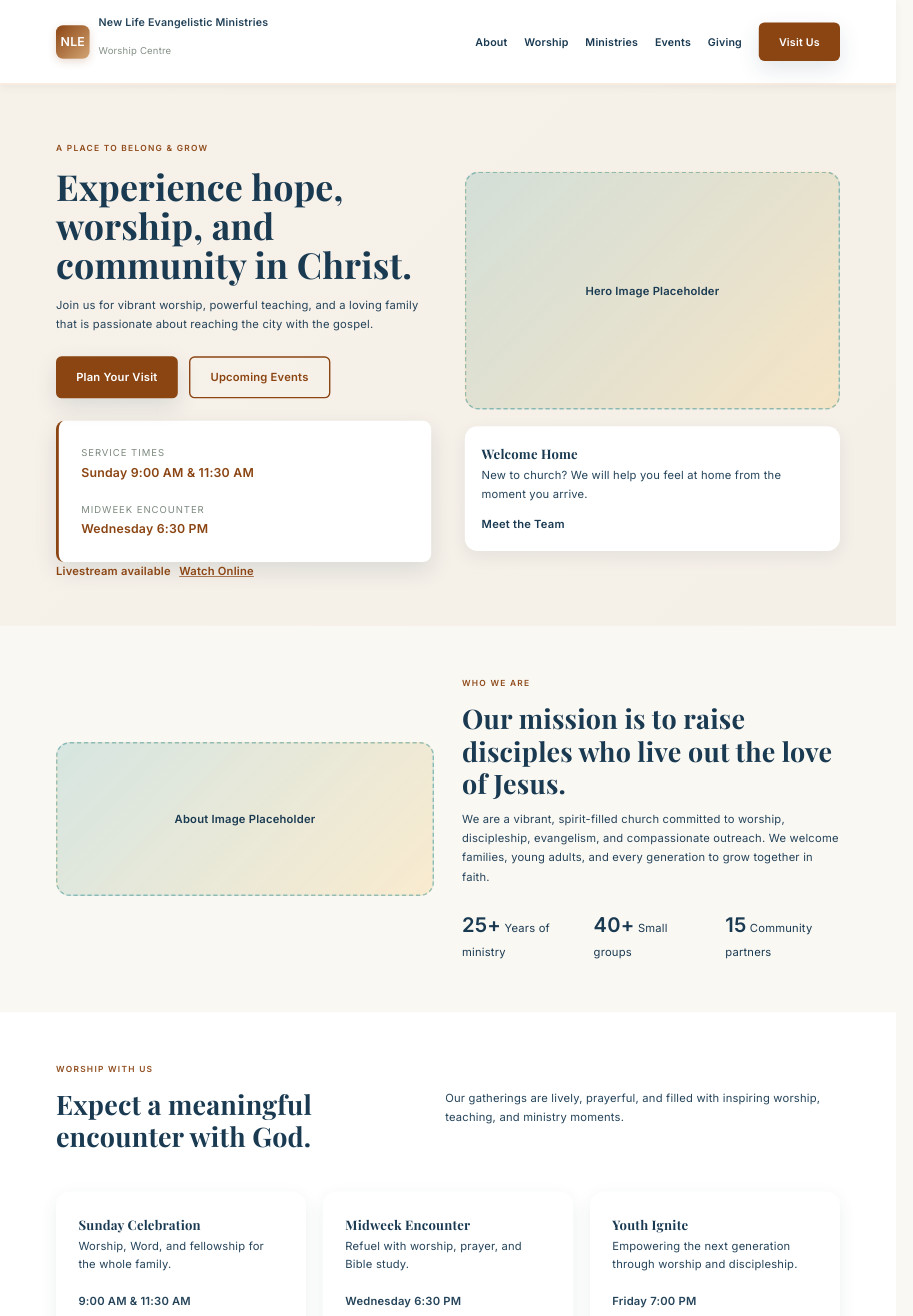
Repository: bilaal441/church
Page: index.htm
The author's editor kept a copy of each file at every save. The page is drawn from the files as they stood at one save, then again after the next save.
The browser window is 1280 px wide. The page is 1304 px wide, so the pictures cover 1304 px, including what lies to the right of the window. The pictures show the part of the page from y = 0 to 1880 px (the page is 5642 px tall), at 70% of full size.

Above is the page before, as saved 2026-01-19 22:10:03.

### index.htm
<!doctype html>
<html lang="en">
  <head>
    <meta charset="UTF-8" />
    <meta name="viewport" content="width=device-width, initial-scale=1.0" />
    <title>New Life Evangelistic Ministries Worship Centre</title>
    <meta
      name="description"
      content="A welcoming, Spirit-filled church family in Springfield. Join us for worship, discipleship, and community outreach."
    />
    <link rel="stylesheet" href="style.css" />
    <link rel="preconnect" href="https://fonts.googleapis.com" />
    <link rel="preconnect" href="https://fonts.gstatic.com" crossorigin />
    <link
      href="https://fonts.googleapis.com/css2?family=Playfair+Display:wght@400;600;700&family=Inter:wght@400;500;600&display=swap"
      rel="stylesheet"
    />
  </head>
  <body>
    <a class="skip-link" href="#main">Skip to main content</a>
    <header class="site-header">
      <div class="container header-content">
        <div class="logo">
          <span class="logo-mark">NLE</span>
          <div>
            <p class="logo-title">New Life Evangelistic Ministries</p>
            <p class="logo-subtitle">Worship Centre</p>
          </div>
        </div>
        <button
          class="nav-toggle"
          aria-expanded="false"
          aria-controls="site-nav"
        >
          <span></span>
          <span></span>
          <span></span>
        </button>
        <nav id="site-nav" class="site-nav">
          <a href="#about">About</a>
          <a href="#worship">Worship</a>
          <a href="#ministries">Ministries</a>
          <a href="#events">Events</a>
          <a href="#giving">Giving</a>
          <a href="#contact" class="button">Visit Us</a>
        </nav>
      </div>
    </header>

    <main id="main">
      <section class="hero">
        <div class="container hero-grid">
          <div class="hero-text">
            <p class="eyebrow">A Place to Belong &amp; Grow</p>
            <h1>Experience hope, worship, and community in Christ.</h1>
            <p>
              Join us for vibrant worship, powerful teaching, and a loving
              family that is passionate about reaching the city with the gospel.
            </p>
            <div class="hero-actions">
              <a class="button" href="#worship">Plan Your Visit</a>
              <a class="button button-outline" href="#events"
                >Upcoming Events</a
              >
            </div>
            <div class="hero-details">
              <div>
                <span>Service Times</span>
                <strong>Sunday 9:00 AM &amp; 11:30 AM</strong>
              </div>
              <div>
                <span>Midweek Encounter</span>
                <strong>Wednesday 6:30 PM</strong>
              </div>
            </div>
            <div class="hero-note">
              <span>Livestream available</span>
              <a href="#contact">Watch Online</a>
            </div>
          </div>
          <div class="hero-visual">
            <div class="image-placeholder large">Hero Image Placeholder</div>
            <div class="hero-card">
              <h3>Welcome Home</h3>
              <p>
                New to church? We will help you feel at home from the moment you
                arrive.
              </p>
              <a href="#contact">Meet the Team</a>
            </div>
          </div>
        </div>
      </section>

      <section id="about" class="section">
        <div class="container split">
          <div class="image-placeholder">About Image Placeholder</div>
          <div>
            <p class="eyebrow">Who We Are</p>
            <h2>
              Our mission is to raise disciples who live out the love of Jesus.
            </h2>
            <p>
              We are a vibrant, spirit-filled church committed to worship,
              discipleship, evangelism, and compassionate outreach. We welcome
              families, young adults, and every generation to grow together in
              faith.
            </p>
            <div class="stats">
              <div>
                <strong>25+</strong>
                <span>Years of ministry</span>
              </div>
              <div>
                <strong>40+</strong>
                <span>Small groups</span>
              </div>
              <div>
                <strong>15</strong>
                <span>Community partners</span>
              </div>
            </div>
          </div>
        </div>
      </section>

      <section id="worship" class="section section-alt">
        <div class="container">
          <div class="section-header">
            <div>
              <p class="eyebrow">Worship With Us</p>
              <h2>Expect a meaningful encounter with God.</h2>
            </div>
            <p>
              Our gatherings are lively, prayerful, and filled with inspiring
              worship, teaching, and ministry moments.
            </p>
          </div>
          <div class="cards">
            <article class="card">
              <h3>Sunday Celebration</h3>
              <p>Worship, Word, and fellowship for the whole family.</p>
              <p class="card-meta">9:00 AM &amp; 11:30 AM</p>
            </article>
            <article class="card">
              <h3>Midweek Encounter</h3>
              <p>Refuel with worship, prayer, and Bible study.</p>
              <p class="card-meta">Wednesday 6:30 PM</p>
            </article>
            <article class="card">
              <h3>Youth Ignite</h3>
              <p>
                Empowering the next generation through worship and discipleship.
              </p>
              <p class="card-meta">Friday 7:00 PM</p>
            </article>
          </div>
          <div class="worship-highlight">
            <div>
              <h3>What to Expect</h3>
              <p>
                Friendly hosts, engaging worship, a clear message, and spaces
                for kids and youth to connect safely.
              </p>
            </div>
            <div>
              <h3>Parking &amp; Accessibility</h3>
              <p>
                Guest parking is available at the main entrance. Our building is
                fully accessible with ramps and elevators.
              </p>
            </div>
          </div>
        </div>
      </section>

      <section id="ministries" class="section">
        <div class="container">
          <div class="section-header">
            <div>
              <p class="eyebrow">Ministries</p>
              <h2>Every generation has a place to serve and grow.</h2>
            </div>
            <a class="button button-outline" href="#contact">Get Connected</a>
          </div>
          <div class="ministry-grid">
            <div class="ministry-card">
              <div class="image-placeholder">Kids Ministry</div>
              <h3>Kids Life</h3>
              <p>Fun, safe, and faith-building experiences for children.</p>
            </div>
            <div class="ministry-card">
              <div class="image-placeholder">Youth Ministry</div>
              <h3>NextGen</h3>
              <p>Mentoring and empowering teens to lead with conviction.</p>
            </div>
            <div class="ministry-card">
              <div class="image-placeholder">Women Ministry</div>
              <h3>Women of Grace</h3>
              <p>Gathering women to worship, serve, and build community.</p>
            </div>
            <div class="ministry-card">
              <div class="image-placeholder">Men Ministry</div>
              <h3>Men of Valor</h3>
              <p>Equipping men to live out their faith with courage.</p>
            </div>
            <div class="ministry-card">
              <div class="image-placeholder">Music Ministry</div>
              <h3>Creative Arts</h3>
              <p>
                Worship, media, and production teams creating meaningful
                moments.
              </p>
            </div>
            <div class="ministry-card">
              <div class="image-placeholder">Care Ministry</div>
              <h3>Care &amp; Outreach</h3>
              <p>
                Supporting families, counseling, and community care initiatives.
              </p>
            </div>
          </div>
        </div>
      </section>

      <section id="events" class="section section-alt">
        <div class="container">
          <div class="section-header">
            <div>
              <p class="eyebrow">Upcoming Events</p>
              <h2>There is always something happening at New Life.</h2>
            </div>
            <a class="button" href="#giving">Support the Mission</a>
          </div>
          <div class="event-list">
            <article>
              <span class="event-date">Mar 21</span>
              <div>
                <h3>Citywide Prayer Night</h3>
                <p>
                  Join churches across the city for a night of prayer and
                  worship.
                </p>
              </div>
              <a href="#contact">Learn More</a>
            </article>
            <article>
              <span class="event-date">Apr 05</span>
              <div>
                <h3>Community Outreach Day</h3>
                <p>Serve families with meals, clothing, and encouragement.</p>
              </div>
              <a href="#contact">Serve With Us</a>
            </article>
            <article>
              <span class="event-date">Apr 19</span>
              <div>
                <h3>Resurrection Celebration</h3>
                <p>
                  A joyful service with worship, testimonies, and family
                  activities.
                </p>
              </div>
              <a href="#contact">Plan Your Visit</a>
            </article>
          </div>
        </div>
      </section>

      <section id="giving" class="section">
        <div class="container giving">
          <div>
            <p class="eyebrow">Giving</p>
            <h2>Your generosity fuels life-changing ministry.</h2>
            <p>
              Every gift helps us reach more people with the gospel, support
              families in need, and raise leaders for the future.
            </p>
            <div class="giving-actions">
              <a class="button" href="#contact">Give Online</a>
              <a class="button button-outline" href="#contact">Volunteer</a>
            </div>
            <div class="giving-note">
              <strong>Need assistance?</strong>
              <span
                >We can help with giving, prayer requests, or support
                resources.</span
              >
            </div>
          </div>
          <div class="image-placeholder">Giving Image Placeholder</div>
        </div>
      </section>

      <section id="contact" class="section section-alt">
        <div class="container contact">
          <div>
            <p class="eyebrow">Visit Us</p>
            <h2>We would love to meet you this Sunday.</h2>
            <p>
              125 Hope Street, Springfield, ST 12345<br />
              (555) 123-4567 · hello@nlewc.org
            </p>
            <div class="contact-details">
              <div>
                <strong>Office Hours</strong>
                <span>Mon - Fri, 9 AM - 4 PM</span>
              </div>
              <div>
                <strong>Prayer Line</strong>
                <span>Available 24/7</span>
              </div>
              <div>
                <strong>Follow Us</strong>
                <span>Instagram · Facebook · YouTube</span>
              </div>
            </div>
          </div>
          <form class="contact-form">
            <h3>Plan a Visit</h3>
            <label>
              Full Name
              <input type="text" placeholder="Your name" />
            </label>
            <label>
              Email Address
              <input type="email" placeholder="you@example.com" />
            </label>
            <label>
              Message
              <textarea
                rows="4"
                placeholder="Tell us how we can help."
              ></textarea>
            </label>
            <button type="submit" class="button">Send Message</button>
          </form>
        </div>
      </section>
    </main>

    <footer class="site-footer">
      <div class="container footer-grid">
        <div>
          <div class="logo">
            <span class="logo-mark">NLE</span>
            <div>
              <p class="logo-title">New Life Evangelistic Ministries</p>
              <p class="logo-subtitle">Worship Centre</p>
            </div>
          </div>
          <p>
            Building lives, families, and communities through the love of Jesus.
          </p>
        </div>
        <div>
          <h4>Connect</h4>
          <ul>
            <li><a href="#about">About</a></li>
            <li><a href="#worship">Worship</a></li>
            <li><a href="#ministries">Ministries</a></li>
            <li><a href="#events">Events</a></li>
          </ul>
        </div>
        <div>
          <h4>Visit</h4>
          <ul>
            <li>125 Hope Street</li>
            <li>Springfield, ST 12345</li>
            <li>(555) 123-4567</li>
            <li>hello@nlewc.org</li>
          </ul>
        </div>
        <div>
          <h4>Stay Updated</h4>
          <p>Subscribe for prayer points and community updates.</p>
          <div class="subscribe">
            <input type="email" placeholder="Email address" />
            <button class="button">Subscribe</button>
          </div>
        </div>
      </div>
      <div class="footer-bottom">
        <p>
          © 2024 New Life Evangelistic Ministries Worship Centre. All rights
          reserved.
        </p>
      </div>
    </footer>

    <script src="script.js"></script>
  </body>
</html>

### style.css
:root {
  --navy: #1a3a52;
  --gold: #d4a574;
  --burgundy: #8b4513;
  --cream: #faf8f3;
  --sage: #6b8e7f;
  --muted: #7d8a7f;
  --white: #ffffff;
  --light-gold: #f5e6d3;
  --shadow: 0 8px 24px rgba(26, 58, 82, 0.08);
  --shadow-lg: 0 12px 32px rgba(26, 58, 82, 0.12);
}

* {
  box-sizing: border-box;
  margin: 0;
  padding: 0;
}

body {
  font-family: "Inter", sans-serif;
  background-color: var(--cream);
  color: var(--navy);
  line-height: 1.7;
  letter-spacing: 0.3px;
}

img {
  max-width: 100%;
  display: block;
}

a {
  color: inherit;
  text-decoration: none;
}

.skip-link {
  position: absolute;
  left: -999px;
  top: 16px;
  background: var(--navy);
  color: var(--white);
  padding: 0.6rem 1.2rem;
  border-radius: 999px;
  z-index: 50;
}

.skip-link:focus {
  left: 16px;
}

.container {
  width: min(1120px, 90%);
  margin: 0 auto;
}

.eyebrow {
  text-transform: uppercase;
  letter-spacing: 0.15em;
  font-size: 0.75rem;
  color: var(--burgundy);
  font-weight: 700;
  margin-bottom: 1rem;
}

h1,
h2,
h3,
h4 {
  font-family: "Playfair Display", serif;
  color: var(--navy);
}

h1 {
  font-size: clamp(2.5rem, 4vw, 3.5rem);
  line-height: 1.1;
  margin-bottom: 1rem;
}

h2 {
  font-size: clamp(2rem, 3vw, 2.8rem);
  line-height: 1.2;
  margin-bottom: 1rem;
}

p {
  margin-bottom: 1rem;
  color: var(--navy);
  opacity: 0.95;
}

.button {
  display: inline-flex;
  align-items: center;
  justify-content: center;
  padding: 0.9rem 1.8rem;
  border-radius: 8px;
  background: var(--burgundy);
  color: var(--white);
  font-weight: 600;
  transition:
    transform 0.2s ease,
    box-shadow 0.2s ease,
    background 0.2s ease;
  box-shadow: var(--shadow-lg);
}

.button:hover {
  transform: translateY(-2px);
  background: #6d3410;
  box-shadow: var(--shadow-lg);
}

.button-outline {
  background: transparent;
  color: var(--burgundy);
  border: 2px solid var(--burgundy);
  box-shadow: none;
}

.site-header {
  background: var(--white);
  position: sticky;
  top: 0;
  z-index: 20;
  box-shadow: 0 4px 12px rgba(26, 58, 82, 0.05);
  border-bottom: 2px solid var(--light-gold);
}

.header-content {
  display: flex;
  align-items: center;
  justify-content: space-between;
  padding: 1.2rem 0;
  gap: 2rem;
}

.logo {
  display: flex;
  align-items: center;
  gap: 0.8rem;
}

.logo-mark {
  width: 48px;
  height: 48px;
  border-radius: 10px;
  background: linear-gradient(135deg, var(--burgundy), var(--gold));
  color: var(--white);
  font-weight: 700;
  display: grid;
  place-items: center;
  font-size: 1.1rem;
  box-shadow: 0 4px 12px rgba(139, 69, 19, 0.2);
}

.logo-title {
  font-weight: 700;
  font-size: 0.95rem;
}

.logo-subtitle {
  font-size: 0.85rem;
  color: var(--muted);
}

.site-nav {
  display: flex;
  align-items: center;
  gap: 1.5rem;
}

.site-nav a {
  font-weight: 600;
  font-size: 0.95rem;
}

.nav-toggle {
  display: none;
  flex-direction: column;
  gap: 6px;
  background: none;
  border: none;
  cursor: pointer;
}

.nav-toggle span {
  width: 24px;
  height: 2px;
  background: var(--navy);
}

.hero {
  padding: 5rem 0 4rem;
  background: linear-gradient(
    135deg,
    rgba(212, 165, 116, 0.08),
    rgba(139, 69, 19, 0.05)
  );
}

.hero-grid {
  display: grid;
  gap: 3rem;
  align-items: center;
}

.hero-actions {
  display: flex;
  flex-wrap: wrap;
  gap: 1rem;
  margin: 2rem 0;
}

.hero-details {
  display: grid;
  gap: 1.5rem;
  background: var(--white);
  padding: 2rem;
  border-radius: 12px;
  box-shadow: var(--shadow-lg);
  border-left: 4px solid var(--burgundy);
}

.hero-details span {
  font-size: 0.85rem;
  color: var(--muted);
  text-transform: uppercase;
  letter-spacing: 0.1em;
}

.hero-details strong {
  display: block;
  font-size: 1.1rem;
  color: var(--burgundy);
}

.hero-note {
  display: flex;
  align-items: center;
  gap: 0.75rem;
  font-weight: 600;
  color: var(--burgundy);
}

.hero-note a {
  color: var(--burgundy);
  text-decoration: underline;
}

.hero-visual {
  display: grid;
  gap: 1.5rem;
  position: relative;
}

.hero-card {
  background: var(--white);
  padding: 1.5rem;
  border-radius: 18px;
  box-shadow: var(--shadow);
}

.hero-card a {
  color: var(--teal);
  font-weight: 600;
}

.section {
  padding: 4.5rem 0;
}

.section-alt {
  background: var(--white);
}

.section-header {
  display: flex;
  align-items: center;
  justify-content: space-between;
  gap: 2rem;
  margin-bottom: 2.5rem;
}

.split {
  display: grid;
  gap: 2.5rem;
  align-items: center;
}

.stats {
  display: grid;
  grid-template-columns: repeat(auto-fit, minmax(140px, 1fr));
  gap: 1.5rem;
  margin-top: 2rem;
}

.stats strong {
  font-size: 1.8rem;
  color: var(--teal);
}

.cards {
  display: grid;
  grid-template-columns: repeat(auto-fit, minmax(240px, 1fr));
  gap: 1.5rem;
}

.card {
  background: var(--white);
  padding: 2rem;
  border-radius: 20px;
  box-shadow: var(--shadow);
}

.card-meta {
  color: var(--teal);
  font-weight: 600;
  margin-top: 1.5rem;
}

.worship-highlight {
  margin-top: 2.5rem;
  display: grid;
  grid-template-columns: repeat(auto-fit, minmax(240px, 1fr));
  gap: 1.5rem;
}

.worship-highlight div {
  background: rgba(15, 123, 123, 0.08);
  padding: 1.5rem;
  border-radius: 18px;
}

.ministry-grid {
  display: grid;
  grid-template-columns: repeat(auto-fit, minmax(220px, 1fr));
  gap: 1.5rem;
}

.ministry-card {
  background: var(--white);
  padding: 1.5rem;
  border-radius: 20px;
  box-shadow: var(--shadow);
  display: grid;
  gap: 1rem;
}

.event-list {
  display: grid;
  gap: 1.5rem;
}

.event-list article {
  display: grid;
  grid-template-columns: auto 1fr auto;
  gap: 1.5rem;
  background: var(--white);
  padding: 1.5rem 2rem;
  border-radius: 18px;
  align-items: center;
  box-shadow: var(--shadow);
}

.event-date {
  background: var(--teal);
  color: var(--white);
  padding: 0.7rem 1rem;
  border-radius: 12px;
  font-weight: 700;
}

.giving {
  display: grid;
  gap: 2.5rem;
  align-items: center;
}

.giving-actions {
  display: flex;
  gap: 1rem;
  flex-wrap: wrap;
}

.giving-note {
  margin-top: 1.5rem;
  background: rgba(15, 123, 123, 0.08);
  padding: 1rem 1.25rem;
  border-radius: 16px;
  display: grid;
  gap: 0.3rem;
}

.giving-note strong {
  color: var(--navy);
}

.contact {
  display: grid;
  gap: 2.5rem;
  align-items: start;
}

.contact-form {
  background: var(--white);
  padding: 2rem;
  border-radius: 20px;
  box-shadow: var(--shadow);
  display: grid;
  gap: 1rem;
}

.contact-form label {
  display: grid;
  gap: 0.5rem;
  font-weight: 600;
}

input,
textarea {
  padding: 0.7rem 1rem;
  border-radius: 12px;
  border: 1px solid #e5e7eb;
  font-family: inherit;
}

.site-footer {
  background: var(--navy);
  color: var(--white);
  padding: 4rem 0 1.5rem;
}

.site-footer h4 {
  color: var(--white);
  margin-bottom: 1rem;
}

.site-footer p,
.site-footer a,
.site-footer li {
  color: rgba(255, 255, 255, 0.8);
}

.footer-grid {
  display: grid;
  grid-template-columns: repeat(auto-fit, minmax(200px, 1fr));
  gap: 2rem;
}

.footer-grid ul {
  list-style: none;
  display: grid;
  gap: 0.6rem;
}

.subscribe {
  display: flex;
  gap: 0.5rem;
  margin-top: 1rem;
}

.footer-bottom {
  margin-top: 2rem;
  border-top: 1px solid rgba(255, 255, 255, 0.2);
  text-align: center;
  padding-top: 1.5rem;
  font-size: 0.85rem;
}

.image-placeholder {
  background: linear-gradient(
    135deg,
    rgba(15, 123, 123, 0.15),
    rgba(244, 185, 66, 0.2)
  );
  border: 2px dashed rgba(15, 123, 123, 0.4);
  border-radius: 20px;
  min-height: 220px;
  display: grid;
  place-items: center;
  text-align: center;
  padding: 1.5rem;
  color: var(--teal);
  font-weight: 600;
}

.image-placeholder.large {
  min-height: 340px;
}

@media (min-width: 900px) {
  .hero-grid {
    grid-template-columns: repeat(2, 1fr);
  }

  .split,
  .giving,
  .contact {
    grid-template-columns: repeat(2, 1fr);
  }
}

@media (max-width: 900px) {
  .section-header {
    flex-direction: column;
    align-items: flex-start;
  }

  .event-list article {
    grid-template-columns: 1fr;
  }
}

@media (max-width: 768px) {
  .site-nav {
    position: absolute;
    top: 100%;
    right: 0;
    background: var(--white);
    flex-direction: column;
    padding: 1.5rem;
    gap: 1rem;
    width: min(90vw, 280px);
    transform: translateY(-10px);
    opacity: 0;
    pointer-events: none;
    box-shadow: var(--shadow);
    border-radius: 16px;
  }

  .site-nav.open {
    opacity: 1;
    transform: translateY(0);
    pointer-events: auto;
  }

  .nav-toggle {
    display: flex;
  }

  .header-content {
    position: relative;
  }
}

@media (max-width: 600px) {
  .hero-details {
    padding: 1rem;
  }

  .hero-note {
    flex-direction: column;
    align-items: flex-start;
  }

  .subscribe {
    flex-direction: column;
    align-items: stretch;
  }
}

### script.js
const navToggle = document.querySelector(".nav-toggle");
const siteNav = document.querySelector(".site-nav");

if (navToggle && siteNav) {
  navToggle.addEventListener("click", () => {
    const isOpen = siteNav.classList.toggle("open");
    navToggle.setAttribute("aria-expanded", String(isOpen));
  });

  siteNav.querySelectorAll("a").forEach((link) => {
    link.addEventListener("click", () => {
      if (siteNav.classList.contains("open")) {
        siteNav.classList.remove("open");
        navToggle.setAttribute("aria-expanded", "false");
      }
    });
  });
}

After the next save:
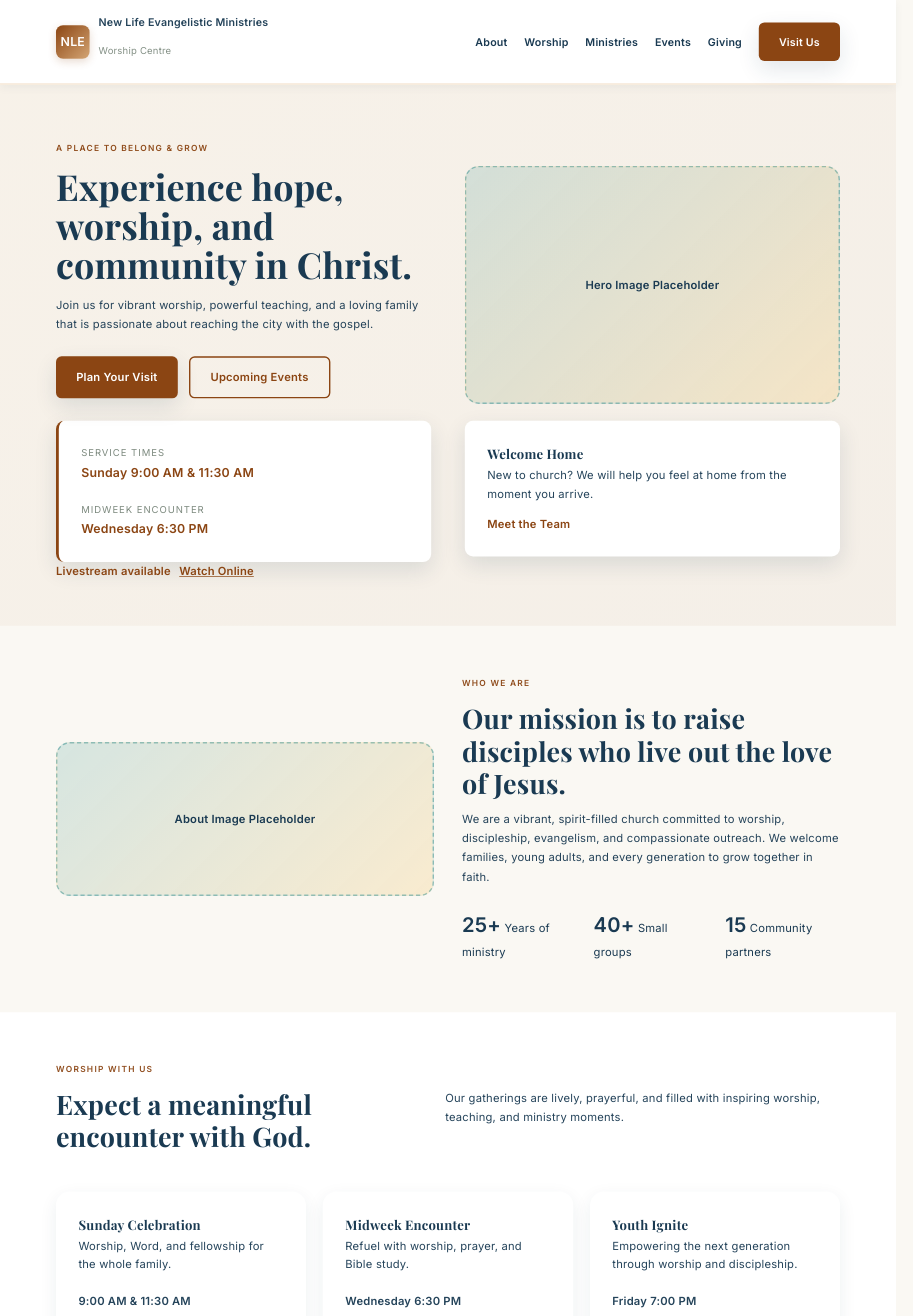
Saved 4 s later.
--- a/style.css
+++ b/style.css
@@ -257,13 +257,19 @@
 
 .hero-card {
   background: var(--white);
-  padding: 1.5rem;
-  border-radius: 18px;
-  box-shadow: var(--shadow);
+  padding: 2rem;
+  border-radius: 12px;
+  box-shadow: var(--shadow-lg);
+  transition: transform 0.3s ease, box-shadow 0.3s ease;
+}
+
+.hero-card:hover {
+  transform: translateY(-4px);
+  box-shadow: var(--shadow-lg);
 }
 
 .hero-card a {
-  color: var(--teal);
+  color: var(--burgundy);
   font-weight: 600;
 }
 
